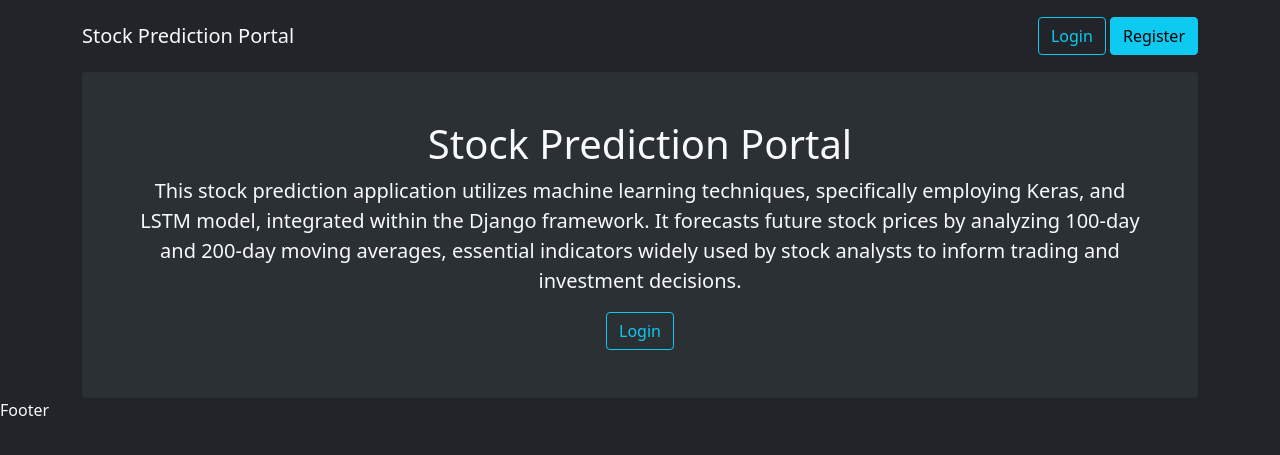
Repository: killerTiger10/stock-prediction-portal
Page: / (app in frontend-react/)
The author's editor kept a copy of each file at every save. The page is drawn from the files as they stood at one save, then again after the next save.
The browser window is 1280 px wide. The pictures show the whole page.
The project was rebuilt for these pictures with package versions that can differ from the ones it lists, and the page was loaded fresh each time. Also part of the build but not shown: frontend-react/vite.config.js.

Above is the page before, as saved 2025-06-14 00:09:00.

After the next save:
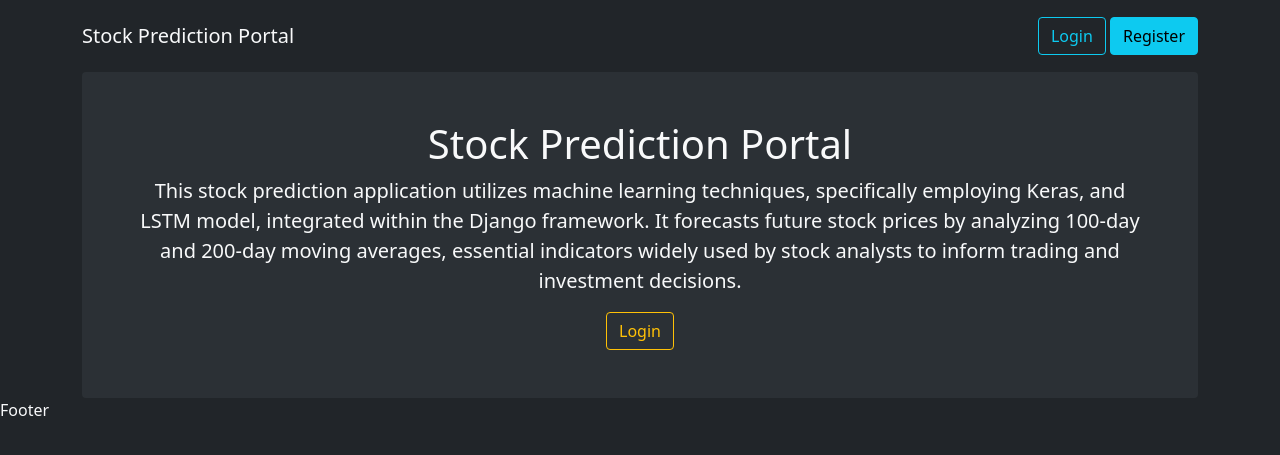
Saved 32 s later.
--- a/frontend-react/src/components/Main.jsx
+++ b/frontend-react/src/components/Main.jsx
@@ -14,7 +14,7 @@ const Main = () => {
             widely used by stock analysts to inform trading and investment
             decisions.
           </p>
-          <a href="" className="btn btn-outline-info">
+          <a href="" className="btn btn-outline-warning">
             Login
           </a>
         </div>
